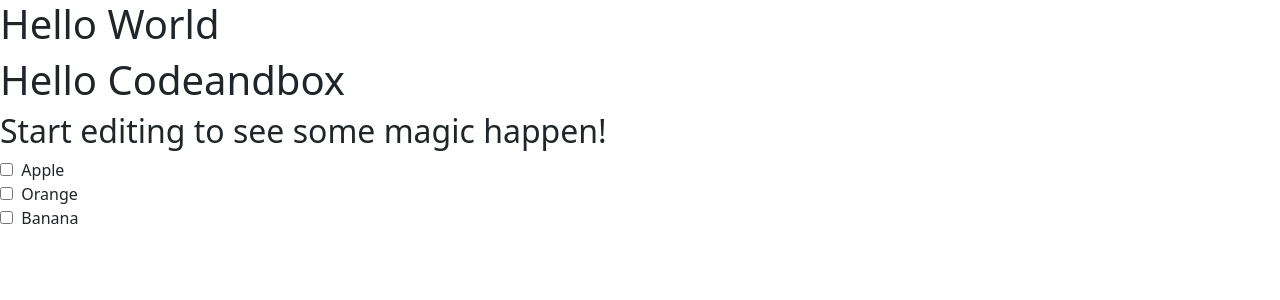
Repository: siva11021992/cvamyapp
Page: /
These files come from the project's save history. The page is drawn as it stood at one moment and after the next save; the edit follows.
The browser window is 1280 px wide. The pictures show the whole page.
The project was rebuilt for these pictures with package versions that can differ from the ones it lists, and the page was loaded fresh each time.

Above is the page before, as saved 2024-10-21 11:24:24.

### src/App.js
import React from 'react';
// import ChartComponent from './ChartComponent';
// import LayoutExe from './LayoutExe';
// import FlexLayout from './FlexLayout';
// import GridLayout from './GridLayout';
// import YupApi from './YupApi';
// import CrudComponent from './CrudComponent';
// import Sidebar from './SideBar';
// import MyForm from './MyForm';
// import Breadcrumb from './BreadCrumb';
// import { BrowserRouter as Router, Route, Routes } from 'react-router-dom';
// import Home from './Home';
// import Contact from './Contact';
// import About from './About';
import CheckBox from './CheckBox';
// import Navbar from './NewBar';
// import LocalStore from './LocalStore';

function App() {
  return (
    <div className="App">
      <h1>Hello World</h1>
      {/* <ChartComponent width="600px" height="400px"/>
      <LayoutExe/>
      <FlexLayout />
      <GridLayout/>
      <YupApi/> */}
     {/* <CrudComponent/> */}
     {/* <Sidebar/>
     <MyForm/> */}
     <CheckBox/>
     {/* <Navbar/> */}
     {/* <LocalStore/> */}
    </div>

  //   <Router>
  //   <div>
  //     <Breadcrumb />
  //     <Routes>
  //       <Route path="/" element={<Home />} />
  //       <Route path="/about" element={<About />} />
  //       <Route path="/contact" element={<Contact />} />
  //     </Routes>
  //   </div>
  // </Router>
  );
}

export default App;

### src/CheckBox.js
import { useState } from "react";

function CheckBox({ title, age, editItem }) {
  const arr = ["Apple", "Orange", "Banana"];

  const [fruitsArr, setFruitsArr] = useState([...arr]);
  const [chkBoxStates, setChkBoxStates] = useState(arr.map(() => false));

  const deleteClickHandler = (index) => {
    // Update the fruitsArr
    const filteredArr = fruitsArr.filter((_, i) => i !== index);
    setFruitsArr(filteredArr);

    // Update the chkBoxStates by removing the corresponding checkbox state
    const updatedChkBoxStates = chkBoxStates.filter((_, i) => i !== index);
    setChkBoxStates(updatedChkBoxStates);
  };

  const handleCheck = (isChecked, index) => {
    setChkBoxStates((prevArray) => {
      const newArray = [...prevArray];
      newArray[index] = isChecked;
      return newArray;
    });
  };



  return (
    <div className="App">
      <h1>Hello Codeandbox</h1>
      <h2>Start editing to see some magic happen!</h2>
      {fruitsArr.map((element, index) => (
        <div key={index}>
          <input
            type="checkbox"
            checked={chkBoxStates[index]}
            onChange={(e) => handleCheck(e.target.checked, index)}
          />
          &nbsp;&nbsp;
          {element} &nbsp;&nbsp;&nbsp;&nbsp;&nbsp;&nbsp;&nbsp;&nbsp;
          {chkBoxStates[index] && (
            <button onClick={() => deleteClickHandler(index)}>Delete</button>
          )}
        </div>
      ))}
      {title}
      {editItem}
    </div>
  );
}

export default CheckBox;

### src/ApiTest.js
import React from 'react'


function ApiTest() {
  return (
    <div>ApiTest</div>
  )
}
export default ApiTest

Loaded but not shown: public/index.html (common file); src/index.js (common file); src/index.css (common file); src/reportWebVitals.js (common file)

After the next save:
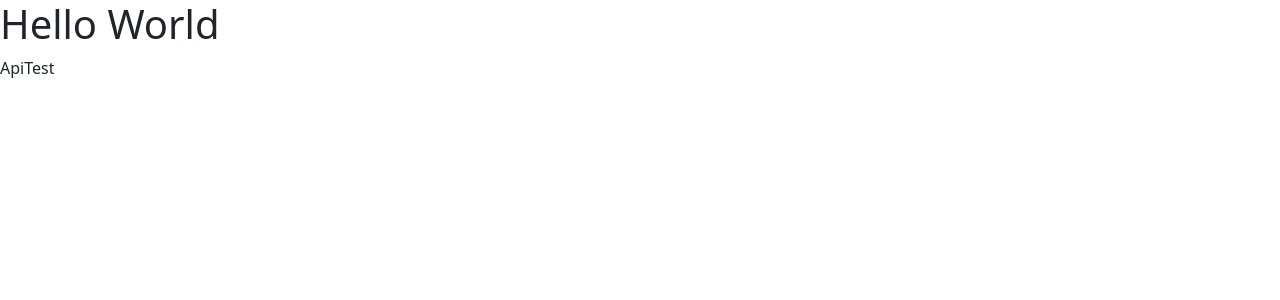
Saved 35 s later.
--- a/src/App.js
+++ b/src/App.js
@@ -12,9 +12,10 @@ import React from 'react';
 // import Home from './Home';
 // import Contact from './Contact';
 // import About from './About';
-import CheckBox from './CheckBox';
+// import CheckBox from './CheckBox';
 // import Navbar from './NewBar';
 // import LocalStore from './LocalStore';
+import ApiTest from './ApiTest';
 
 function App() {
   return (
@@ -28,9 +29,10 @@ function App() {
      {/* <CrudComponent/> */}
      {/* <Sidebar/>
      <MyForm/> */}
-     <CheckBox/>
+     {/* <CheckBox/> */}
      {/* <Navbar/> */}
      {/* <LocalStore/> */}
+     <ApiTest/>
     </div>
 
   //   <Router>
